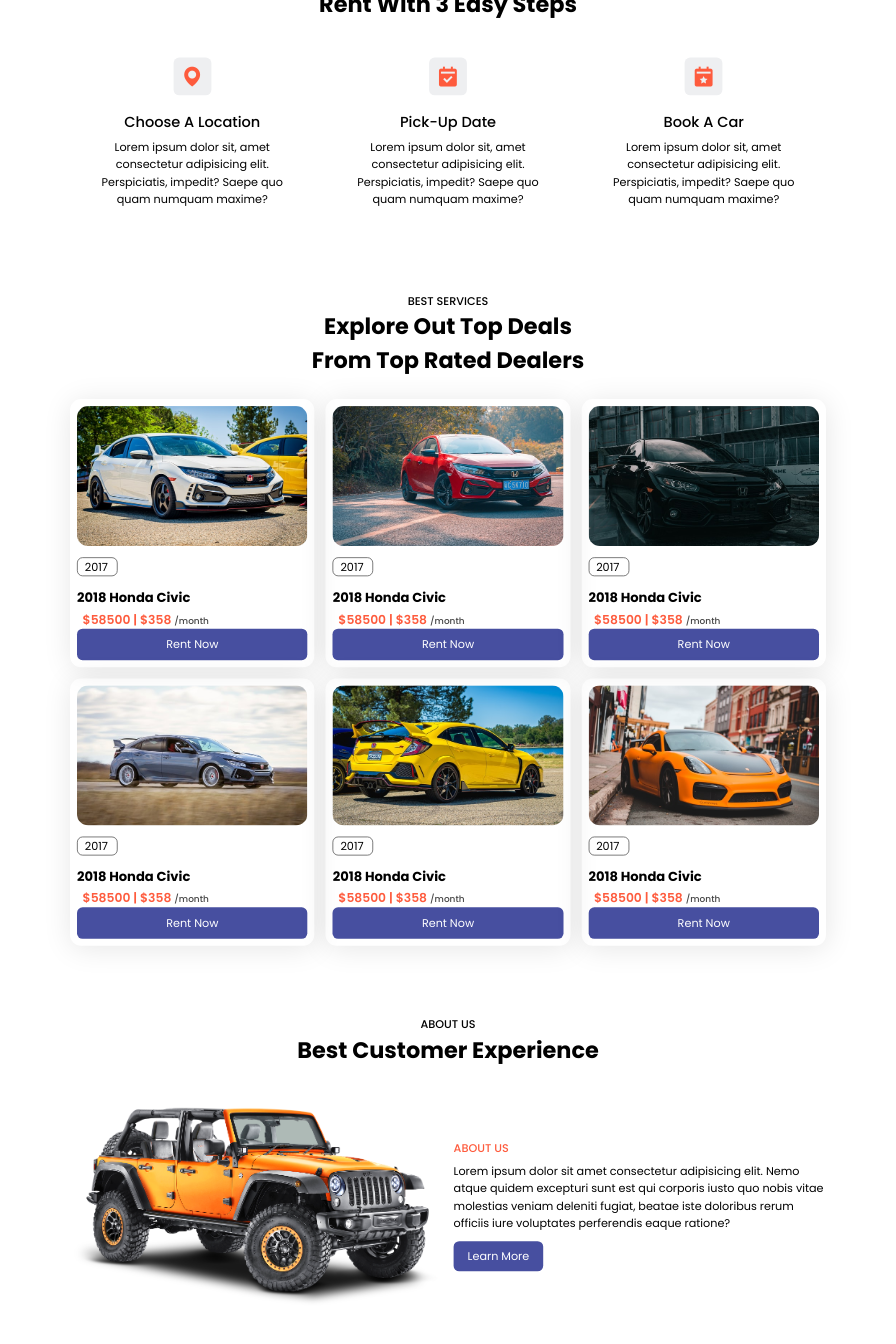
Repository: douglasabnovato/transportation
Page: index.html
These files come from the project's save history. The page is drawn as it stood at one moment and after the next save; the edit follows.
The browser window is 1280 px wide. The pictures show the part of the page from y = 813 to 2733 px (the page is 3502 px tall), at 70% of full size.

Above is the page before, as saved 2025-05-19 00:31:35.

### index.html
<!DOCTYPE html>
<html lang="en">
  <head>
    <meta charset="UTF-8" />
    <meta name="viewport" content="width=device-width, initial-scale=1.0" />
    <title>Transportation</title>
    <link
      rel="stylesheet"
      href="https://cdn.jsdelivr.net/npm/boxicons@latest/css/boxicons.min.css"
    />
    <link rel="stylesheet" href="./style.css" />
  </head>
  <body>
    <!-- Header -->
    <header>
      <a href="#" class="logo"
        ><img src="./assets/jeep.png" alt="logo da car rental" srcset=""
      /></a>
      <div class="bx bx-menu" id="menu-icon"></div>
      <ul class="navbar">
        <li><a href="#home">Home</a></li>
        <li><a href="#ride">Ride</a></li>
        <li><a href="#services">Services</a></li>
        <li><a href="#about">About</a></li>
        <li><a href="#reviews">Reviews</a></li>
      </ul>
      <div class="header-btn">
        <a href="#" class="sign-up">Sign Up</a>
        <a href="#" class="sign-in">Sign In</a>
      </div>
    </header>

    <!-- Home -->
    <section class="home" id="home">
      <div class="text">
        <h1>
          <span>Looking</span> to <br />
          rent a car
        </h1>
        <p>
          Lorem ipsum dolor sit amet consectetur adi <br />
          pisicing elit. Explicabo esse non fugiat!
        </p>
        <div class="app-stores">
          <img src="./assets/ios.png" alt="" />
          <img src="./assets/play.png" alt="" />
        </div>
      </div>
      <div class="form-container">
        <form action="">
          <div class="input-box">
            <span>Location</span>
            <input type="search" name="" id="" placeholder="Search Places" />
          </div>
          <div class="input-box">
            <span>Pick-Up Date</span>
            <input type="date" name="" id="" />
          </div>
          <div class="input-box">
            <span>Return Date</span>
            <input type="date" name="" id="" />
          </div>
          <input type="submit" name="" id="" class="btn" />
        </form>
      </div>
    </section>

    <!-- Ride -->
    <section class="ride" id="ride">
      <div class="heading">
        <span>How Its Work</span>
        <h1>Rent With 3 Easy Steps</h1>
      </div>
      <div class="ride-container">
        <div class="box">
          <i class="bx bxs-map"></i>
          <h2>Choose A Location</h2>
          <p>
            Lorem ipsum dolor sit, amet consectetur adipisicing elit.
            Perspiciatis, impedit? Saepe quo quam numquam maxime?
          </p>
        </div>
        <div class="box">
          <i class="bx bxs-calendar-check"></i>
          <h2>Pick-Up Date</h2>
          <p>
            Lorem ipsum dolor sit, amet consectetur adipisicing elit.
            Perspiciatis, impedit? Saepe quo quam numquam maxime?
          </p>
        </div>
        <div class="box">
          <i class="bx bxs-calendar-star"></i>
          <h2>Book A Car</h2>
          <p>
            Lorem ipsum dolor sit, amet consectetur adipisicing elit.
            Perspiciatis, impedit? Saepe quo quam numquam maxime?
          </p>
        </div>
      </div>
    </section>

    <!-- Services -->
    <section class="services" id="services">
      <div class="heading">
        <span>Best Services</span>
        <h1>
          Explore Out Top Deals <br />
          From Top Rated Dealers
        </h1>
      </div>
      <div class="services-container">
        <div class="box">
          <div class="box-img">
            <img src="./assets/car1.jpg" alt="car1" />
          </div>
          <p>2017</p>
          <h3>2018 Honda Civic</h3>
          <h2>$58500 | $358 <span> /month</span></h2>
          <a href="#" class="btn">Rent Now</a>
        </div>

        <div class="box">
          <div class="box-img">
            <img src="./assets/car2.jpg" alt="car1" />
          </div>
          <p>2017</p>
          <h3>2018 Honda Civic</h3>
          <h2>$58500 | $358 <span> /month</span></h2>
          <a href="#" class="btn">Rent Now</a>
        </div>

        <div class="box">
          <div class="box-img">
            <img src="./assets/car3.jpg" alt="car1" />
          </div>
          <p>2017</p>
          <h3>2018 Honda Civic</h3>
          <h2>$58500 | $358 <span> /month</span></h2>
          <a href="#" class="btn">Rent Now</a>
        </div>

        <div class="box">
          <div class="box-img">
            <img src="./assets/car4.jpg" alt="car1" />
          </div>
          <p>2017</p>
          <h3>2018 Honda Civic</h3>
          <h2>$58500 | $358 <span> /month</span></h2>
          <a href="#" class="btn">Rent Now</a>
        </div>

        <div class="box">
          <div class="box-img">
            <img src="./assets/car5.jpg" alt="car1" />
          </div>
          <p>2017</p>
          <h3>2018 Honda Civic</h3>
          <h2>$58500 | $358 <span> /month</span></h2>
          <a href="#" class="btn">Rent Now</a>
        </div>

        <div class="box">
          <div class="box-img">
            <img src="./assets/car6.jpg" alt="car1" />
          </div>
          <p>2017</p>
          <h3>2018 Honda Civic</h3>
          <h2>$58500 | $358 <span> /month</span></h2>
          <a href="#" class="btn">Rent Now</a>
        </div>
      </div>
    </section>

    <!-- About -->
    <section class="about" id="about">
      <div class="heading">
        <span>About Us</span>
        <h1>Best Customer Experience</h1>
      </div>
      <div class="about-container">
        <div class="about-img">
          <img src="./assets/about.png" alt="" />
        </div>
        <div class="about-text">
          <span>About Us</span>
          <p>
            Lorem ipsum dolor sit amet consectetur adipisicing elit. Nemo atque
            quidem excepturi sunt est qui corporis iusto quo nobis vitae
            molestias veniam deleniti fugiat, beatae iste doloribus rerum
            officiis iure voluptates perferendis eaque ratione?
          </p>
          <a href="#" class="btn">Learn More</a>
        </div>
      </div>
    </section>

    <!-- Reviews -->
    <section class="reviews" id="reviews">
      <div class="heading">
        <span>Reviews</span>
        <h1>Whats Our Customer Say</h1>
      </div>
      <div class="reviews-container">
        <div class="box">
          <div class="rev-img">
            <img src="./assets/rev1.jpg" alt="" />
          </div>
          <h2>Someone Name</h2>
          <div class="stars">
            <i class="bx bxs-star"></i>
            <i class="bx bxs-star"></i>
            <i class="bx bxs-star"></i>
            <i class="bx bxs-star"></i>
            <i class="bx bxs-star-half"></i>
          </div>
          <p>
            Lorem ipsum dolor sit amet consectetur adipisicing elit. Explicabo
            qui similique laborum hic molestiae. Quaerat ipsa cum sit.
          </p>
        </div>
        <div class="box">
          <div class="rev-img">
            <img src="./assets/rev2.jpg" alt="" />
          </div>
          <h2>Someone Name</h2>
          <div class="stars">
            <i class="bx bxs-star"></i>
            <i class="bx bxs-star"></i>
            <i class="bx bxs-star"></i>
            <i class="bx bxs-star"></i>
            <i class="bx bxs-star-half"></i>
          </div>
          <p>
            Lorem ipsum dolor sit amet consectetur adipisicing elit. Explicabo
            qui similique laborum hic molestiae. Quaerat ipsa cum sit.
          </p>
        </div>
        <div class="box">
          <div class="rev-img">
            <img src="./assets/rev3.jpg" alt="" />
          </div>
          <h2>Someone Name</h2>
          <div class="stars">
            <i class="bx bxs-star"></i>
            <i class="bx bxs-star"></i>
            <i class="bx bxs-star"></i>
            <i class="bx bxs-star"></i>
            <i class="bx bxs-star-half"></i>
          </div>
          <p>
            Lorem ipsum dolor sit amet consectetur adipisicing elit. Explicabo
            qui similique laborum hic molestiae. Quaerat ipsa cum sit.
          </p>
        </div>
      </div>
    </section>

    <!-- Newsletter -->
    <section class="newsletter">
      <h2>Subscribe To Newsletter</h2>
      <div class="box">
        <input type="text" placeholder="Enter Your E-mail ..." />
        <a href="#" class="btn">Subscribe</a>
      </div>
    </section>

    <!-- Copyright -->
    <div class="copyright">
      <p>&#169; @douglasabnovato All Right Reserved</p>
      <div class="social">
        <a href="#"><i class="bx bxl-facebook"></i></a>
        <a href="#"><i class="bx bxl-twitter"></i></a>
        <a href="#"><i class="bx bxl-instagram"></i></a>
      </div>
    </div>

    <!-- scrollreveal -->
    <script src="https://unpkg.com/scrollreveal"></script>

    <!-- Link to JS -->
    <script src="./script.js"></script>
  </body>
</html>

### style.css
@import url("https://fonts.googleapis.com/css2?family=Noto+Sans:ital,wght@0,100..900;1,100..900&family=Poppins:ital,wght@0,100;0,200;0,300;0,400;0,500;0,600;0,700;0,800;0,900;1,100;1,200;1,300;1,400;1,500;1,600;1,700;1,800;1,900&display=swap");

* {
  margin: 0;
  padding: 0;
  box-sizing: border-box;
  scroll-padding-top: 2rem;
  scroll-behavior: smooth;
  list-style: none;
  text-decoration: none;
  font-family: "Poppins", sans-serif;
}

:root {
  --main-color: #fe5b3d;
  --second-color: #ffac38;
  --text-color: #444;
  --gradient: linear-gradient(#fe5b3d, #ffac38);
}

html::-webkit-scrollbar {
  width: 0.5rem;
}

html::-webkit-scrollbar-track {
  background: transparent;
}

html::-webkit-scrollbar-thumb {
  background: var(--main-color);
  border-radius: 5rem;
}

section {
  padding: 50px 100px;
}

/* Header */

header {
  position: fixed;
  width: 100%;
  top: 0;
  right: 0;
  z-index: 1000;
  display: flex;
  align-items: center;
  justify-content: space-between;
  background: #eeeff1;
  padding: 15px 100px;
}

.logo img {
  width: 40px;
}

.navbar {
  display: flex;
}

.navbar li {
  position: relative;
}

.navbar a {
  font-size: 1rem;
  padding: 10px 20px;
  color: var(--text-color);
  font-weight: 500;
}

.navbar a:after {
  content: "";
  width: 0;
  height: 3px;
  background: var(--gradient);
  position: absolute;
  bottom: -4px;
  left: 0;
  transition: 0.5s;
}

.navbar a:hover::after {
  width: 100%;
}

#menu-icon {
  font-size: 24px;
  cursor: pointer;
  z-index: 10001;
  display: none;
}

.header-btn a {
  padding: 10px 20px;
  color: var(--text-color);
  font-weight: 500;
}

.header-btn .sign-in {
  background: #474fa0;
  color: #fff;
  border-radius: 0.5rem;
}

.header-btn .sign-in:hover {
  background: var(--main-color);
}

/* Home */
.home {
  width: 100%;
  min-height: 100vh;
  position: relative;
  background: url(./assets/images-t/transportar-caixas/banner-caixas.png);
  background-repeat: no-repeat;
  background-position: center right;
  background-size: cover;
  display: grid;
  align-items: center;
  grid-template-columns: repeat(2, 1fr);
}

.text h1 {
  font-size: 3.5rem;
  letter-spacing: 2px;
}

.text span {
  color: var(--main-color);
}

.text p {
  margin: 0.5rem 0 1rem;
}

.app-stores {
  display: flex;
}

.app-stores img {
  width: 100px;
  margin-right: 1rem;
  cursor: pointer;
}

.form-container form {
  display: flex;
  flex-wrap: wrap;
  align-items: center;
  gap: 1rem;
  position: absolute;
  bottom: 4rem;
  left: 100px;
  background: #fff;
  padding: 20px;
  border-radius: 0.5rem;
}

.input-box {
  flex: 1 1 7rem;
  display: flex;
  flex-direction: column;
}

.input-box span {
  font-weight: 500;
}

.input-box input {
  padding: 7px;
  outline: none;
  border: none;
  background: #eeeff1;
  border-radius: 0.5rem;
  font-size: 1rem;
}

.form-container form .btn {
  flex: 1 1 7rem;
  padding: 10px 34px;
  border: none;
  border-radius: 0.5rem;
  background: #474fa0;
  color: #fff;
  font-size: 1rem;
  font-weight: 500;
}

.form-container form .btn:hover {
  background: var(--main-color);
  cursor: pointer;
}

/* Ride */
.heading {
  text-align: center;
}

.heading span {
  font-weight: 500;
  text-transform: uppercase;
}

.heading h1 {
  font-size: 2rem;
}

.ride-container {
  display: grid;
  align-items: center;
  grid-template-columns: repeat(auto-fit, minmax(250px, auto));
  gap: 1rem;
  margin-top: 2rem;
}

.ride-container .box {
  text-align: center;
  padding: 20px;
}

.ride-container .box .bx {
  font-size: 34px;
  padding: 10px;
  background: #eeeff1;
  border-radius: 0.5rem;
  color: var(--main-color);
}

.ride-container .box h2 {
  font-size: 1.3rem;
  font-weight: 500;
  margin: 1.4rem 0 0.5rem;
}

.ride-container .box .bx:hover,
.ride-container .box .bx .bxs-calendar-star {
  background: var(--gradient);
  color: #fff;
}

/* Services */
.services-container {
  display: grid;
  grid-template-columns: repeat(auto-fit, minmax(300px, auto));
  gap: 1rem;
  margin-top: 2rem;
}

.services-container .box {
  padding: 10px;
  border-radius: 1rem;
  box-shadow: 1px 4px 41px rgba(0, 0, 0, 0.1);
}

.services-container .box .box-img {
  width: 100%;
  height: 200px;
}

.services-container .box .box-img img {
  width: 100%;
  height: 100%;
  border-radius: 1rem;
  object-fit: cover;
  object-position: center;
}

.services-container .box p {
  padding: 0 10px;
  border: 1px solid var(--text-color);
  width: 58px;
  border-radius: 0.5rem;
  margin: 1rem 0 1rem;
}

.services-container .box h2 {
  font-size: 1.1rem;
  font-weight: 600;
  color: var(--main-color);
  margin: 0.2rem 0 0 0.5rem;
}

.services-container .box h2 span {
  font-size: 0.8rem;
  font-weight: 500;
  color: var(--text-color);
}

.services-container .box .btn {
  display: flex;
  justify-content: center;
  background: #474fa0;
  color: #fff;
  padding: 10px;
  border-radius: 0.5rem;
}

.services-container .box .btn:hover {
  background: var(--main-color);
}

/* About */
.about-container {
  display: grid;
  grid-template-columns: repeat(2, 1fr);
  margin-top: 2rem;
  align-items: center;
  gap: 1rem;
}

.about-img img {
  width: 100%;
}

.about-text span {
  font-weight: 500;
  color: var(--main-color);
  text-transform: uppercase;
}

.about-text p {
  margin: 0.5rem 0 1.4rem;
}

.about-text .btn {
  padding: 10px 20px;
  background: #474fa0;
  color: #fff;
  border-radius: 0.5rem;
}

.about-text .btn:hover {
  background: var(--main-color);
}

/* Review */
.reviews-container {
  display: grid;
  grid-template-columns: repeat(auto-fit, minmax(250px, auto));
  gap: 1rem;
  margin-top: 2rem;
}

.rev-img {
  width: 70px;
  height: 70px;
}

.rev-img img {
  width: 100%;
  height: 100%;
  border-radius: 50%;
  object-fit: cover;
  object-position: center;
  border: 2px solid var(--second-color);
}

.reviews-container .box {
  display: flex;
  flex-direction: column;
  align-items: center;
  text-align: center;
  padding: 20px;
  box-shadow: 1px 4px 41px rgba(0, 0, 0, 0.1);
  border-radius: 0.5rem;
}

.reviews-container .box h2 {
  font-size: 1.1rem;
  font-weight: 600;
  margin: 0.5rem 0 0.5rem;
}

.reviews-container .box p {
  font-style: italic;
}

.reviews-container .box .stars .bx {
  color: var(--main-color);
}

/* Newsletter */
.newsletter {
  background: linear-gradient(to top right, #fe5b3d, #ffac38);
  display: flex;
  flex-direction: column;
  align-items: center;
}

.newsletter h2 {
  color: #fff;
  font-size: 1.8rem;
}

.newsletter .box {
  margin-top: 1rem;
  background: #fff;
  border-radius: 0.5rem;
  padding: 4px 8px;
  width: 350px;
  display: flex;
  justify-content: space-between;
}

.newsletter .box input {
  border: none;
  outline: none;
}

.newsletter .box .btn {
  background: #474fa0;
  color: #fff;
  padding: 8px 20px;
  border-radius: 0.5rem;
}

/* Copyright */
.copyright {
  padding: 20px;
  display: flex;
  justify-content: space-between;
  align-items: center;
}

.social a {
  color: #444;
  padding: 10px;
  font-size: 21px;
  transition: font-size 2s;
}

.social a:hover {
  font-size: 24px;
  color: #fe5b3d;
}

/* Responsive */

@media screen and (max-width: 991px) {
  header {
    padding: 18px 40px;
  }
  section {
    padding: 80px 40px;
  }
}

@media screen and (max-width: 891px) {
  .home {
    background-position: left;
  }
  .form-container form {
    bottom: 0.2rem;
    left: 40px;
  }
}

@media screen and (max-width: 768px) {
  header {
    padding: 11px 40px;
  }

  #menu-icon {
    display: initial;
  }

  .sign-up {
    display: none;
  }

  .text h2 {
    font-size: 2.5rem;
  }

  .home {
    grid-template-columns: 1fr;
  }

  .form-container form {
    position: unset;
  }

  header .navbar {
    position: absolute;
    top: -500px;
    left: 0;
    right: 0;
    display: flex;
    flex-direction: column;
    background: #fff;
    box-shadow: 0 4px 4px rgba(0, 0, 0, 0.1);
    transition: 0.2 ease;
    text-align: left;
  }

  .navbar.active {
    top: 100%;
  }

  .navbar a {
    padding: 1rem;
    border-left: 2px solid var(--main-color);
    margin: 1rem;
    display: block;
  }

  .navbar a:hover {
    color: #fff;
    background: var(--main-color);
    border: none;
  }

  .navbar a::after {
    display: none;
  }

  .heading span {
    font-size: 0.9rem;
    font-weight: 600;
  }

  .heading h1 {
    font-size: 1.3rem;
  }

  .about-container {
    grid-template-columns: 1fr;
    text-align: center;
  }

  .about-img {
    padding: 1rem;
    order: 2;
  }
}

@media screen and (max-width: 568px) {
  .copyright {
    flex-direction: column;
  }

  .newsletter .box {
    width: 284px;
  }

  .form-container {
    padding-top: 2rem;
  }
}

@media screen and (max-width: 350px) {
  header {
    padding: 6px 14px;
  }

  .logo img {
    width: 30px;
  }

  section {
    padding: 50px 14px;
  }

  .header-btn .sign-in {
    padding: 7px 10px;
    font-size: 14px;
    font-weight: 400;
  }

  .text h1 {
    font-size: 2rem;
  }

  .services-container {
    grid-template-columns: repeat(auto-fit, minmax(254px, auto));
  }
}

### script.js
/**
 * Menu Header responsive
 */
let menu = document.querySelector("#menu-icon");
let navbar = document.querySelector(".navbar");

menu.onclick = () => {
  menu.classList.toggle("bx-x");
  navbar.classList.toggle("active");
};

window.onscroll = () => {
  menu.classList.remove("bx-x");
  navbar.classList.remove("active");
};
/**
 * Scrollrevel
 */
const sr = ScrollReveal({
  distance: "60px",
  duration: 2500,
  delay: 400,
  reset: true,
});

sr.reveal(".text", { delay: 200, origin: "top" });
sr.reveal(".form-container form", { delay: 800, origin: "left" });
sr.reveal(".heading", { delay: 800, origin: "top" });
sr.reveal(".ride-container .box", { delay: 600, origin: "top" });
sr.reveal(".services-container .box", { delay: 600, origin: "top" });
sr.reveal(".about-container .box", { delay: 600, origin: "top" });
sr.reveal(".reviews-container", { delay: 600, origin: "top" });
sr.reveal(".newsletter .box", { delay: 400, origin: "bottom" });

After the next save:
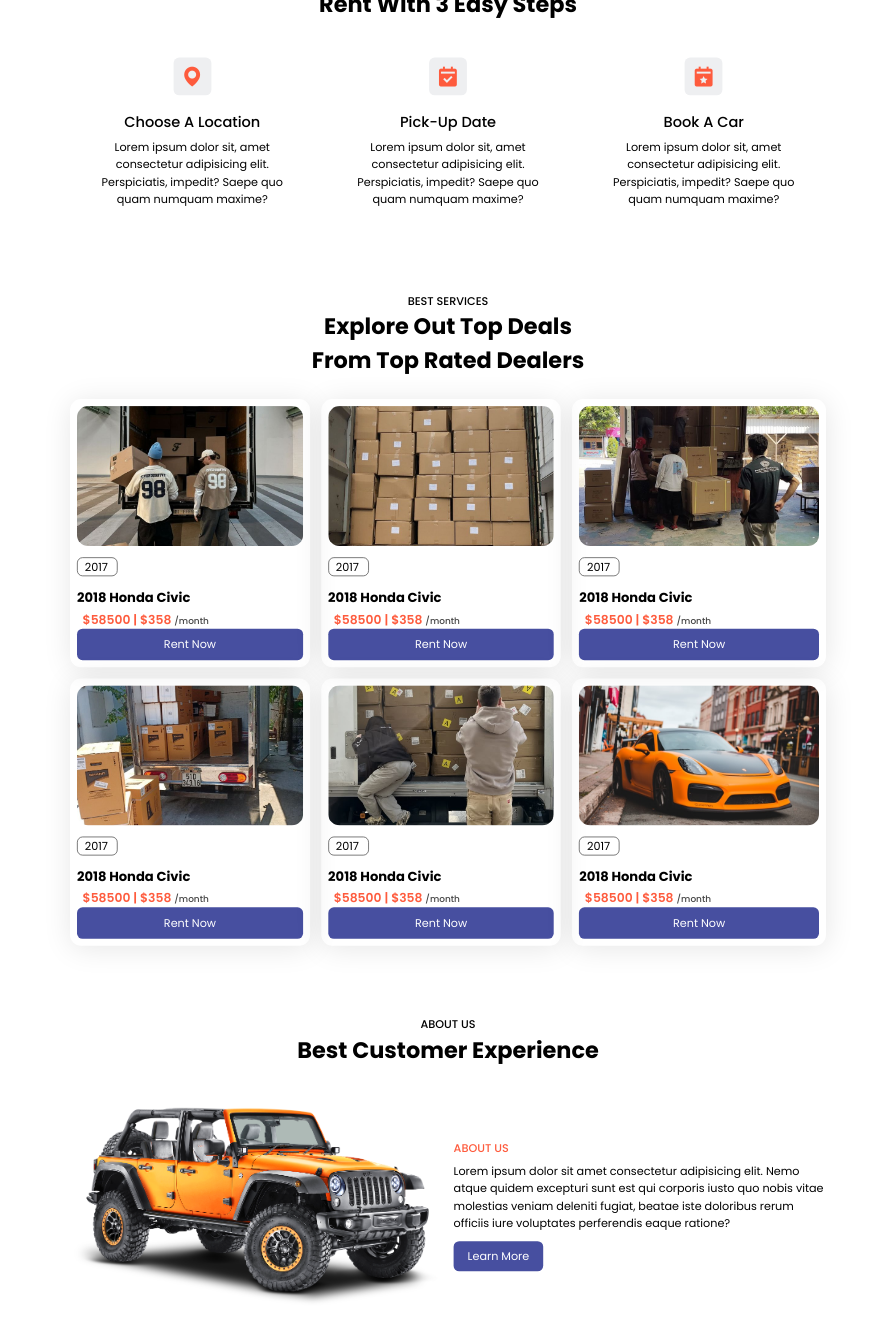
Saved 4 min 22 s later.
--- a/index.html
+++ b/index.html
@@ -111,47 +111,47 @@
       <div class="services-container">
         <div class="box">
           <div class="box-img">
-            <img src="./assets/car1.jpg" alt="car1" />
-          </div>
-          <p>2017</p>
-          <h3>2018 Honda Civic</h3>
-          <h2>$58500 | $358 <span> /month</span></h2>
-          <a href="#" class="btn">Rent Now</a>
-        </div>
-
-        <div class="box">
-          <div class="box-img">
-            <img src="./assets/car2.jpg" alt="car1" />
-          </div>
-          <p>2017</p>
-          <h3>2018 Honda Civic</h3>
-          <h2>$58500 | $358 <span> /month</span></h2>
-          <a href="#" class="btn">Rent Now</a>
-        </div>
-
-        <div class="box">
-          <div class="box-img">
-            <img src="./assets/car3.jpg" alt="car1" />
-          </div>
-          <p>2017</p>
-          <h3>2018 Honda Civic</h3>
-          <h2>$58500 | $358 <span> /month</span></h2>
-          <a href="#" class="btn">Rent Now</a>
-        </div>
-
-        <div class="box">
-          <div class="box-img">
-            <img src="./assets/car4.jpg" alt="car1" />
-          </div>
-          <p>2017</p>
-          <h3>2018 Honda Civic</h3>
-          <h2>$58500 | $358 <span> /month</span></h2>
-          <a href="#" class="btn">Rent Now</a>
-        </div>
-
-        <div class="box">
-          <div class="box-img">
-            <img src="./assets/car5.jpg" alt="car1" />
+            <img src="./assets/images-t/transportar-caixas/caminhao-caixas-1.jpg" alt="car1" />
+          </div>
+          <p>2017</p>
+          <h3>2018 Honda Civic</h3>
+          <h2>$58500 | $358 <span> /month</span></h2>
+          <a href="#" class="btn">Rent Now</a>
+        </div>
+
+        <div class="box">
+          <div class="box-img">
+            <img src="./assets/images-t/transportar-caixas/caminhao-caixas-2.jpg" alt="car1" />
+          </div>
+          <p>2017</p>
+          <h3>2018 Honda Civic</h3>
+          <h2>$58500 | $358 <span> /month</span></h2>
+          <a href="#" class="btn">Rent Now</a>
+        </div>
+
+        <div class="box">
+          <div class="box-img">
+            <img src="./assets/images-t/transportar-caixas/caminhao-caixas-3.jpg" alt="car1" />
+          </div>
+          <p>2017</p>
+          <h3>2018 Honda Civic</h3>
+          <h2>$58500 | $358 <span> /month</span></h2>
+          <a href="#" class="btn">Rent Now</a>
+        </div>
+
+        <div class="box">
+          <div class="box-img">
+            <img src="./assets/images-t/transportar-caixas/caminhao-caixas-4.jpg" alt="car1" />
+          </div>
+          <p>2017</p>
+          <h3>2018 Honda Civic</h3>
+          <h2>$58500 | $358 <span> /month</span></h2>
+          <a href="#" class="btn">Rent Now</a>
+        </div>
+
+        <div class="box">
+          <div class="box-img">
+            <img src="./assets/images-t/transportar-caixas/caminhao-caixas-5.jpg" alt="car1" />
           </div>
           <p>2017</p>
           <h3>2018 Honda Civic</h3>
